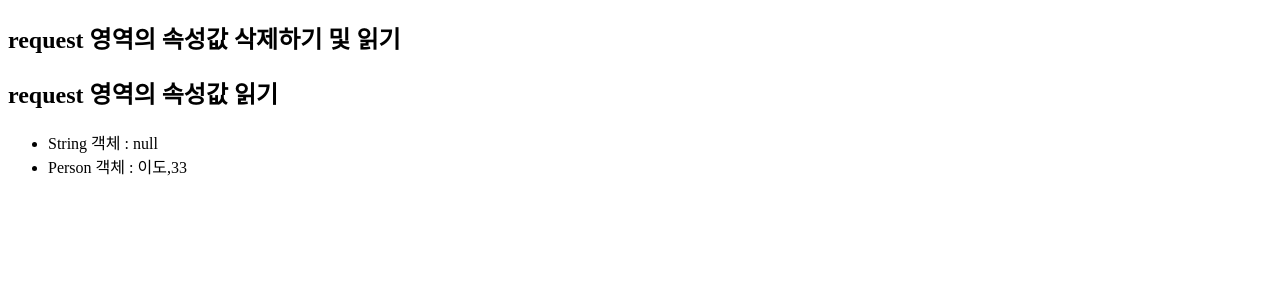
Repository: chanhee0506/spring
Page: http://localhost/ScopeWeb/request/requestMain.jsp
The author's editor kept a copy of each file at every save. The page is drawn from the files as they stood at one save, then again after the next save.
The browser window is 1280 px wide. The pictures show the whole page.
The page is served by Tomcat 9. Other server files are loaded and not shown.

Above is the page before, as saved 2023-03-30 03:29:52.

### ScopeWeb/src/main/webapp/request/requestMain.jsp
<%@page import="com.earth.pluto.Person"%>
<%@ page language="java" contentType="text/html; charset=UTF-8"
    pageEncoding="UTF-8"%>
<%
	request.setAttribute("requestString", "request 영역의 문자열");
	request.setAttribute("requestPerson", new Person("이도",33));
%>
<!DOCTYPE html>
<html lang="ko">
<head>
    <meta charset="UTF-8">
    <meta http-equiv="X-UA-Compatible" content="IE=edge">
    <meta name="viewport" content="width=device-width, initial-scale=1.0">
    <title>request 영역</title>
</head>
<body>
	<h2>request 영역의 속성값 삭제하기 및 읽기</h2>
	<%
		request.removeAttribute("requestString");
		request.removeAttribute("requestInteger");			//에러없음

		Person rPerson = (Person)(request.getAttribute("requestPerson"));
	%>

	<h2>request 영역의 속성값 읽기</h2>
	<ul>
		<li>String 객체 : <%= request.getAttribute("requestString") %></li>
		<li>Person 객체 : <%= rPerson.getName()%>,<%= rPerson.getAge()%></li>
	</ul>
</body>
</html>

### ScopeWeb/src/main/java/com/earth/pluto/Person.java
package com.earth.pluto;

public class Person {

	private String name;
	private int age;

	public Person(){}

	public Person(String name, int age) {
		this.name = name;
		this.age = age;
	}

	public String getName() {
		return name;
	}

	public void setName(String name) {
		this.name = name;
	}

	public int getAge() {
		return age;
	}

	public void setAge(int age) {
		this.age = age;
	}


}

### ScopeWeb/src/main/webapp/request/requestForward.jsp
<%@page import="com.earth.pluto.Person"%>
<%@ page language="java" contentType="text/html; charset=UTF-8"
    pageEncoding="UTF-8"%>
<!DOCTYPE html>
<html lang="ko">
<head>
    <meta charset="UTF-8">
    <meta http-equiv="X-UA-Compatible" content="IE=edge">
    <meta name="viewport" content="width=device-width, initial-scale=1.0">
    <title>request 영역</title>
</head>
<body>
		<h2>포워드 전달된 페이지</h2>
		<h4>requestMain 파일의 리퀘스트 영역 속성 읽기</h4>

		<%
			Person rPerson = (Person)(request.getAttribute("requestPerson"));
		%>
	<ul>
		<li>String 객체 : <%= request.getAttribute("requestString") %></li>
		<li>Person 객체 : <%= rPerson.getName()%>,<%= rPerson.getAge()%></li>
	</ul>
</body>
</html>

After the next save:
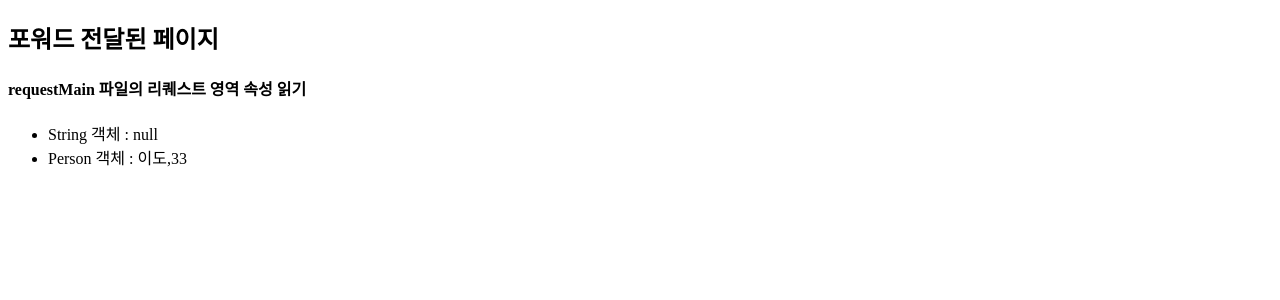
Saved 4 min 6 s later.
--- a/ScopeWeb/src/main/webapp/request/requestMain.jsp
+++ b/ScopeWeb/src/main/webapp/request/requestMain.jsp
@@ -27,5 +27,9 @@
 		<li>String 객체 : <%= request.getAttribute("requestString") %></li>
 		<li>Person 객체 : <%= rPerson.getName()%>,<%= rPerson.getAge()%></li>
 	</ul>
+
+	<%
+		request.getRequestDispatcher("requestForward.jsp").forward(request, response);
+	%>
 </body>
 </html>
